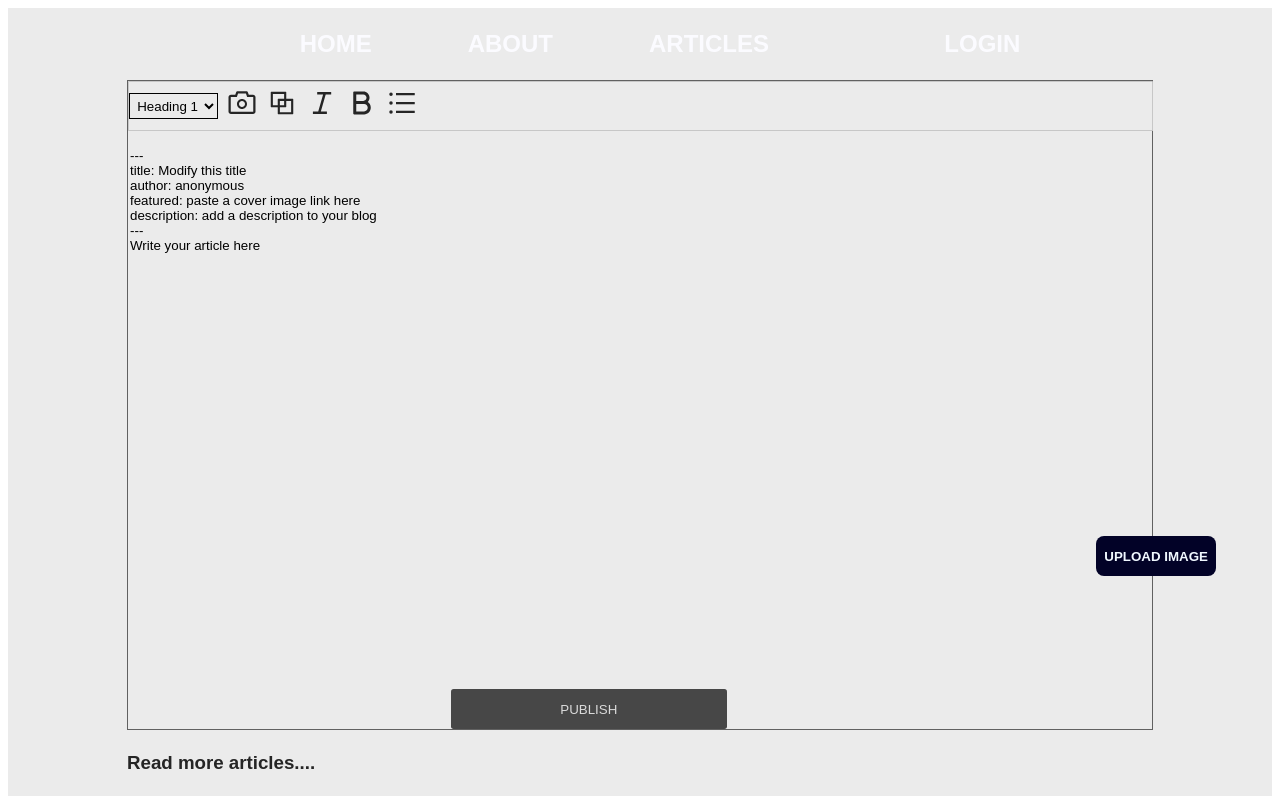
Repository: ValGrace/-static-site
Page: /articles (app in client/)
These files come from the project's save history. The page is drawn as it stood at one moment and after the next save; the edit follows.
The browser window is 1280 px wide. The pictures show the whole page.
The page's requests for data from a server got no answer. The project was rebuilt for these pictures with package versions that can differ from the ones it lists, and the page was loaded fresh each time. No one was signed in, and anything a server would have sent is missing. Also part of the build but not shown: client/vite.config.js, client/src/Components/Login.jsx, client/src/Components/Signup.jsx, client/src/Components/MidSection.jsx, client/src/Components/HomeSection.jsx, client/src/Components/TopSection.jsx, client/src/MdFiles/MdFileContext.js, client/src/Pages/HomePage.jsx and 1 more.

Above is the page before, as saved 2023-07-02 10:58:56.

After the next save:
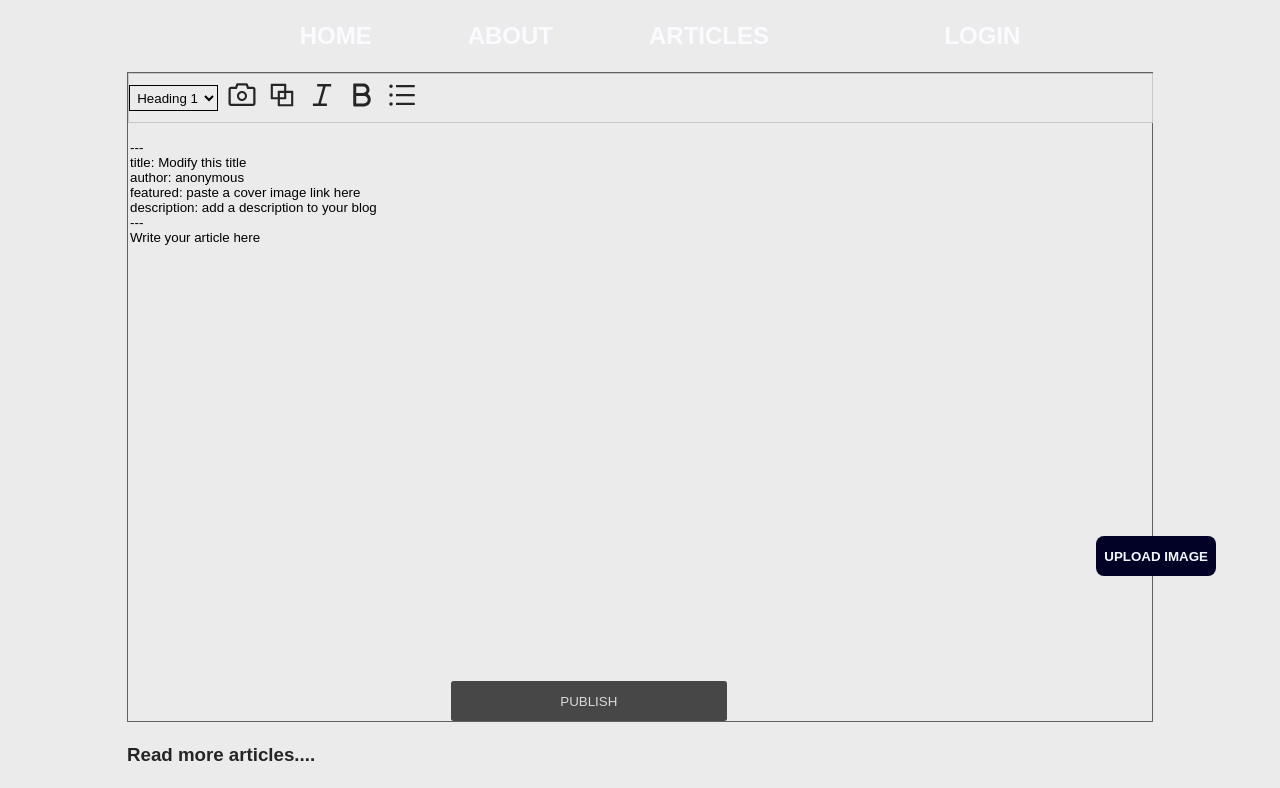
Saved 66 s later.
--- a/client/src/index.css
+++ b/client/src/index.css
@@ -13,6 +13,10 @@
   -webkit-font-smoothing: antialiased;
   -moz-osx-font-smoothing: grayscale;
   -webkit-text-size-adjust: 100%;
+}
+
+body {
+  margin: 0;
 }
 
 /* a {
